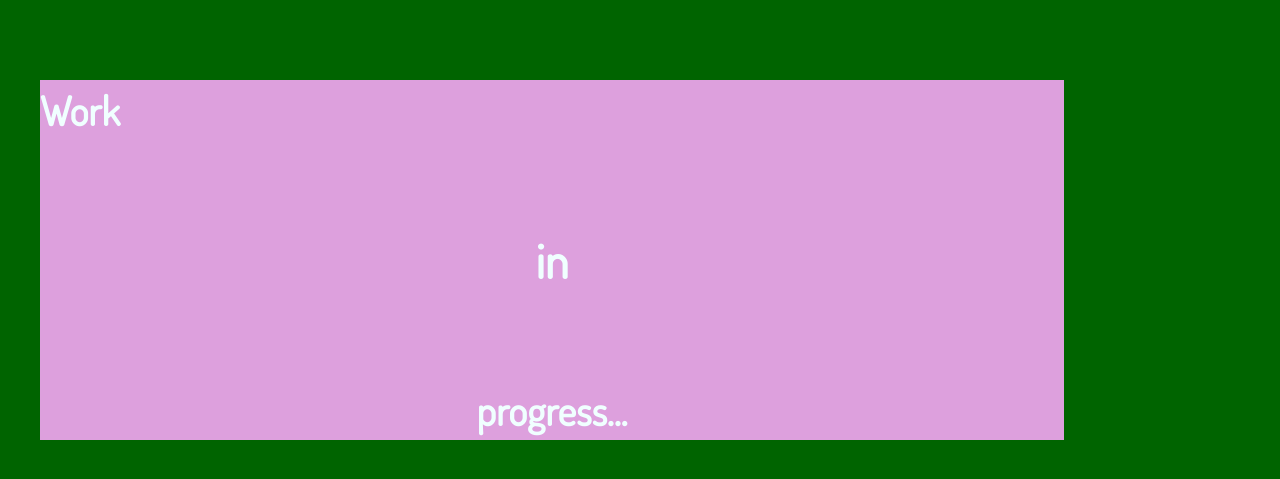
Repository: NollieChtn6/NollieChtn6.github.io
Page: index.html
An editor plug-in stored every save of this project. The page is shown before and after the next save, followed by the edit.
The browser window is 1280 px wide. The pictures show the whole page.

Above is the page before, as saved 2023-11-10 18:12:25.

### index.html

<!DOCTYPE html>

<html lang="fr">

<head>
  <meta charset="utf-8">
  <meta name="viewport" content="width=device-width">
  <link href="css/reset.css" rel="stylesheet">
  <link href="css/style.css" rel="stylesheet">
  <link
    href="https://fonts.googleapis.com/css2?family=Dosis&display=swap"
    rel="stylesheet">
  <title>Portfolio</title>
</head>

<body>

  <main class="main__container">

    <div class="main__content">

      <h1 class="main__title">
        <span class="main__title main__title--level-1">
          Work
        </span>
        <span class="main__title main__title--level-2">
          in
        </span>
        <span class="main__title main__title--level-3">
          progress...
        </span>
      </h1>

    </div>

  </main>

</body>

</html>

### css/style.css
/* VARIABLES */

/* :root {

} */


/* GÉNÉRAL */

* {
  box-sizing: border-box;
}

html {
  font-size: 62.5%;
}

body {
  display: flex;
  flex-direction: column;
  height: 100vh;
  min-height: 100vh;
}

h1 {
  font-family: 'Dosis', sans-serif;
}


/* MAIN  */

.main__container {
  display: flex;
  flex-direction: column;
  background-color: antiquewhite;
  height: 100vh;
  width: 100vw;
}

.main__content {
  display: flex;
  flex-direction: column;
  background-color:darkgreen;
  height: 100vh;
  width: 100vw;
  /* padding: 5rem 0rem 0rem 8rem; */
  /* justify-content: center; */
  /* align-items: center; */
  padding-top: 8rem;
  padding-left: 4rem;;

}

h1 {
  display: flex;
  flex-direction: column;
  width: 80vw;
  height: 50vh;
  font-size: 4rem;
  background-color: plum;
  color: azure;
  justify-content: space-between;
}

.main__title--level-1 {
  align-self: start;

}

.main__title--level-2 {
  align-self: center;
  font-size: 1.2em;
}

.main__title--level-3 {
  align-self: center;
  font-size: 1em;
}

Loaded but not shown: css/reset.css (common file)

After the next save:
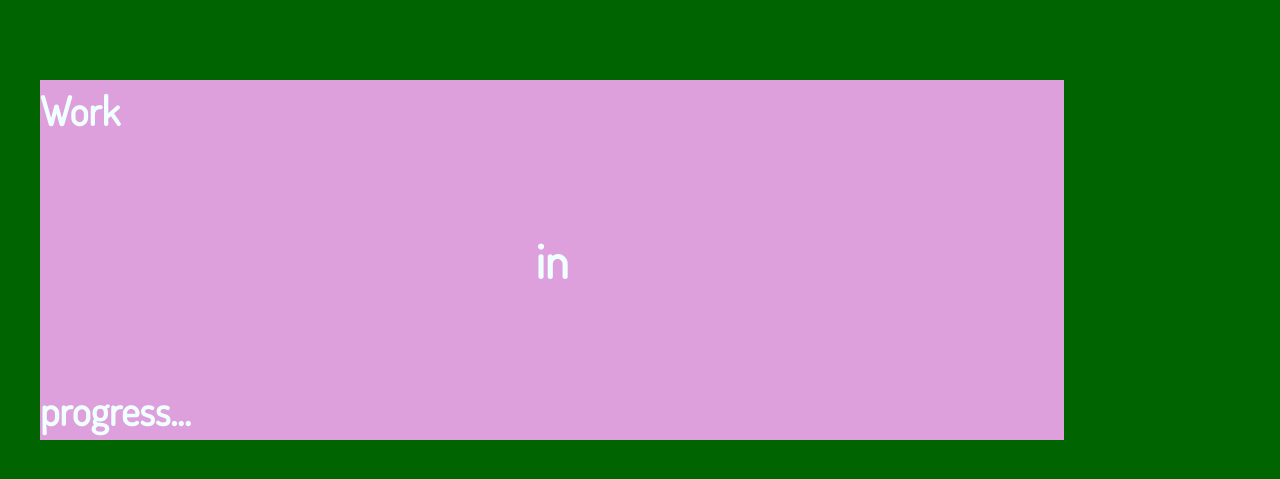
Saved 7 s later.
--- a/css/style.css
+++ b/css/style.css
@@ -73,6 +73,6 @@ h1 {
 }
 
 .main__title--level-3 {
-  align-self: center;
+  align-self: right;
   font-size: 1em;
 }
